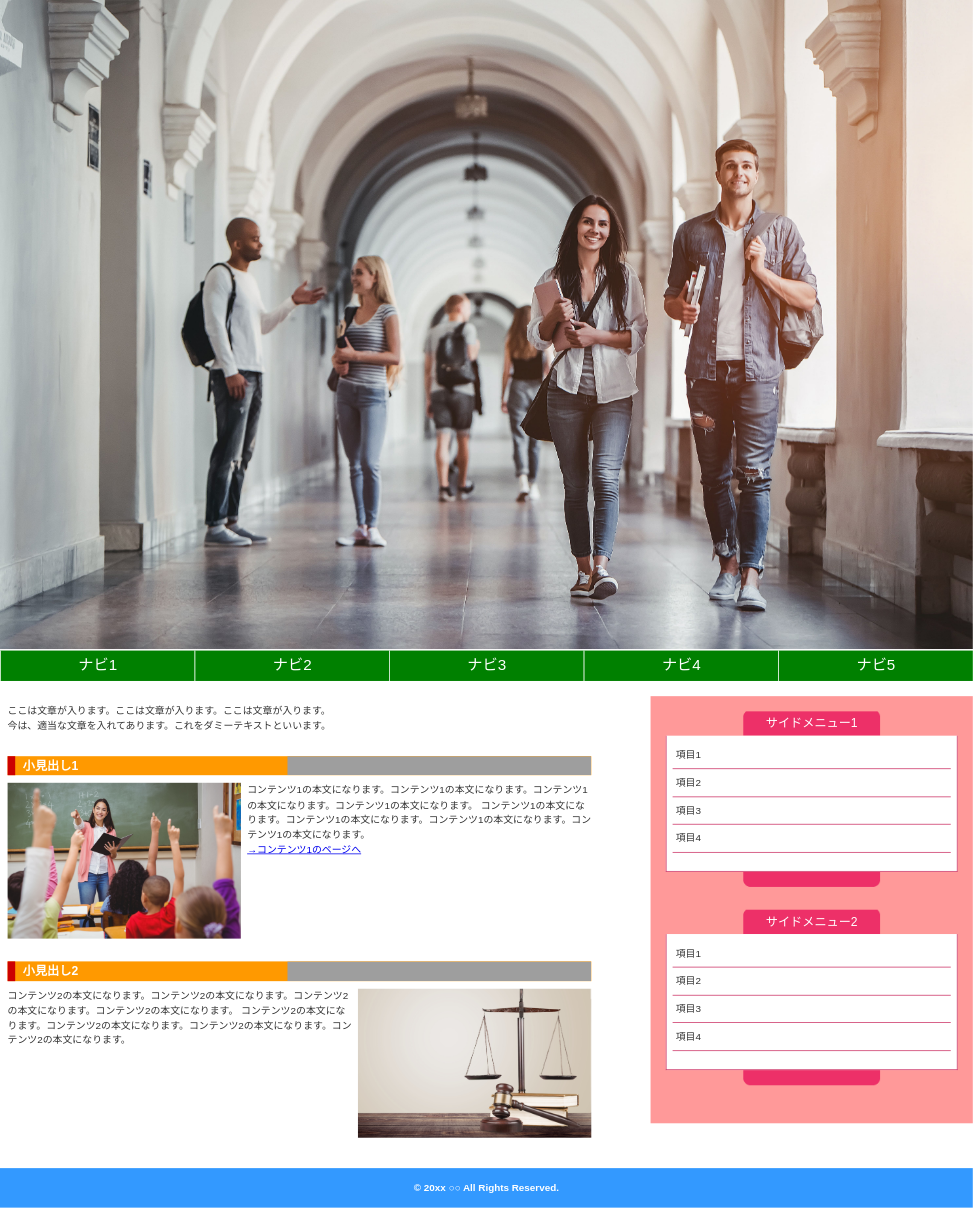
Repository: harchan1214/samurai_HTML-CSS
Page: home.html
The author's editor kept a record of every edit. The page is drawn from the files as they stood at one moment, then again after the next edit.
The browser window is 1280 px wide. The pictures show the whole page, at 76% of full size.
Pictures or frames that could not be fetched are drawn as grey boxes.

Above is the page before.

After the next edit:
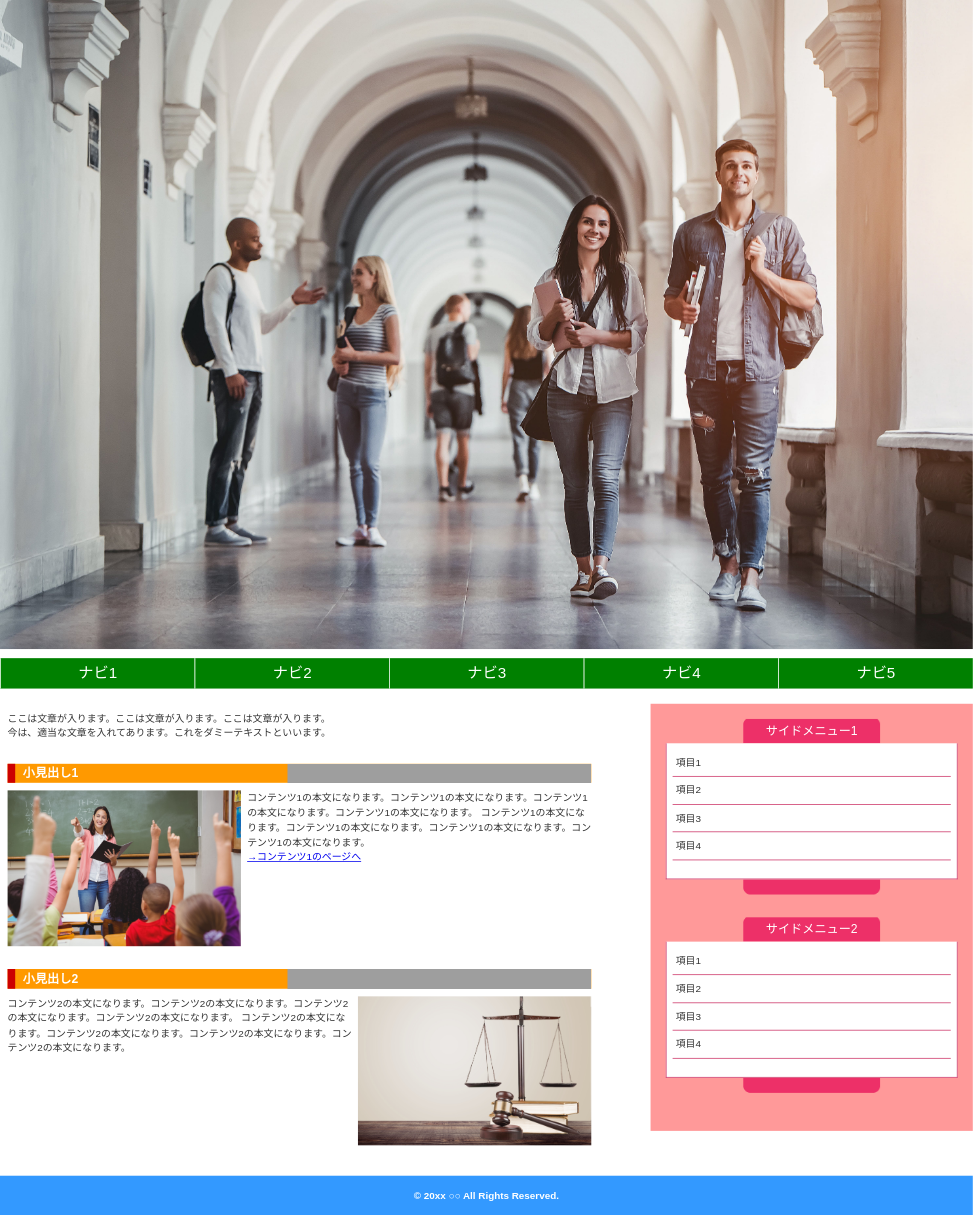
The edit:
--- a/home.html
+++ b/home.html
@@ -7,8 +7,9 @@
 </head>
     <body>
         <div id="header">
-            <h1><a href="index.html"><img id="corridor" src="images/corridor.jpg" alt="大学の廊下"></a></h1>
+            <h1><a href="index.html"><img id="corridor" src="images/corridor.jpg" alt="大学の廊下" /></a></h1>
         </div>
+        <div id="wrapper">
         <div id="nav">
             <ul>
                  <li><a href="home.html">ナビ1</a></li>
